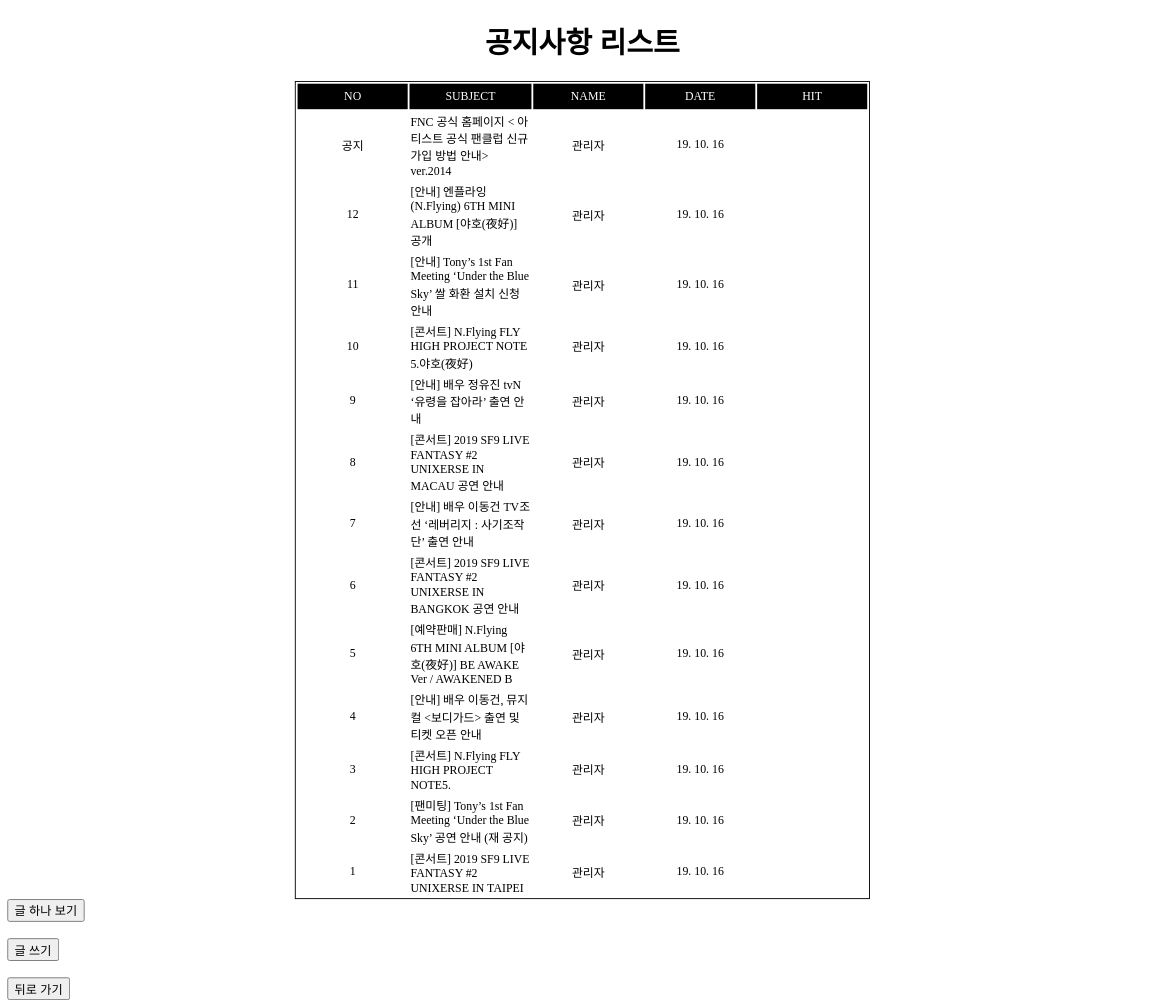
Repository: lbj0314/webTest
Page: Html_ex1/WebContent/notice/noticeList.html
An editor plug-in stored every save of this project. The page is shown before and after the next save, followed by the edit.
The browser window is 1280 px wide. The pictures show the whole page, at 91% of full size.

Above is the page before, as saved 2019-10-16 07:34:01.

### Html_ex1/WebContent/notice/noticeList.html
<!DOCTYPE html>
<html>
<head>
<meta charset="UTF-8">
<title>Insert title here</title>
<style type="text/css">
#h1{
text-align: center;
}
.t1{
	margin: 0 auto;
	border: 1px solid black;
	width: 50%;
}
td{
	width: 10%;
	height : 2em;
	text-align: center;
	font-size: small;
}
.td1{
	color: white;
	text-align: center;
}
#sub{
	width: 60%;
}
.td2{
	text-align: left;
	margin-left: 10px;
}
</style>
</head>
<body>
<h1 id="h1">공지사항 리스트</h1>
<table class="t1">
	<tr style="background-color: black;">
		<td class="td1">NO</td>
		<td class="td1">SUBJECT</td>
		<td class="td1">NAME</td>
		<td class="td1">DATE</td>
		<td class="td1">HIT</td>
	</tr>
	<tr>
		<td>공지</td>
		<td class="td2 sub">FNC 공식 홈페이지 < 아티스트 공식 팬클럽 신규 가입 방법 안내> ver.2014</td>
		<td>관리자</td>
		<td>19. 10. 16</td>
		<td></td>
	</tr>
	<tr>
		<td>12</td>
		<td class="td2">[안내] 엔플라잉(N.Flying) 6TH MINI ALBUM [야호(夜好)] 공개</td>
		<td>관리자</td>
		<td>19. 10. 16</td>
		<td></td>
	</tr>
	<tr>
		<td>11</td>
		<td class="td2">[안내] Tony’s 1st Fan Meeting ‘Under the Blue Sky’ 쌀 화환 설치 신청 안내</td>
		<td>관리자</td>
		<td>19. 10. 16</td>
		<td></td>
	</tr>
	<tr>
		<td>10</td>
		<td class="td2">[콘서트] N.Flying FLY HIGH PROJECT NOTE 5.야호(夜好)</td>
		<td>관리자</td>
		<td>19. 10. 16</td>
		<td></td>
	</tr>
	<tr>
		<td>9</td>
		<td class="td2">[안내] 배우 정유진 tvN ‘유령을 잡아라’ 출연 안내 </td>
		<td>관리자</td>
		<td>19. 10. 16</td>
		<td></td>
	</tr>
	<tr>
		<td>8</td>
		<td class="td2">[콘서트] 2019 SF9 LIVE FANTASY #2 UNIXERSE IN MACAU 공연 안내 </td>
		<td>관리자</td>
		<td>19. 10. 16</td>
		<td></td>
	</tr>
	<tr>
		<td>7</td>
		<td class="td2">[안내] 배우 이동건 TV조선 ‘레버리지 : 사기조작단’ 출연 안내</td>
		<td>관리자</td>
		<td>19. 10. 16</td>
		<td></td>
	</tr>
	<tr>
		<td>6</td>
		<td class="td2">	[콘서트] 2019 SF9 LIVE FANTASY #2 UNIXERSE IN BANGKOK 공연 안내</td>
		<td>관리자</td>
		<td>19. 10. 16</td>
		<td></td>
	</tr>
	<tr>
		<td>5</td>
		<td class="td2">	[예약판매] N.Flying 6TH MINI ALBUM [야호(夜好)] BE AWAKE Ver / AWAKENED B</td>
		<td>관리자</td>
		<td>19. 10. 16</td>
		<td></td>
	</tr>
	<tr>
		<td>4</td>
		<td class="td2">[안내] 배우 이동건, 뮤지컬 <보디가드> 출연 및 티켓 오픈 안내</td>
		<td>관리자</td>
		<td>19. 10. 16</td>
		<td></td>
	</tr>
	<tr>
		<td>3</td>
		<td class="td2">[콘서트] N.Flying FLY HIGH PROJECT NOTE5.</td>
		<td>관리자</td>
		<td>19. 10. 16</td>
		<td></td>
	</tr>
	<tr>
		<td>2</td>
		<td class="td2">[팬미팅] Tony’s 1st Fan Meeting ‘Under the Blue Sky’ 공연 안내 (재 공지)</td>
		<td>관리자</td>
		<td>19. 10. 16</td>
		<td></td>
	</tr>
	<tr>
		<td>1</td>
		<td class="td2">[콘서트] 2019 SF9 LIVE FANTASY #2 UNIXERSE IN TAIPEI</td>
		<td>관리자</td>
		<td>19. 10. 16</td>
		<td></td>
	</tr>

</table>
	<table>
		<form action="./noticeListOne.html" method="get">
		<input type="submit" value="글 하나 보기" name="noticeListOne">
		</form><br><br>
		<form action="./noticeWrite.html" method="get">
		<input type="submit" value="글 쓰기" name="noticeListOne">
		</form><br><br>
		<form action="../index.html" method="get">
		<input type="submit" value="뒤로 가기" name="noticeListback">
		</form>
	</table>
</body>
</html>

After the next save:
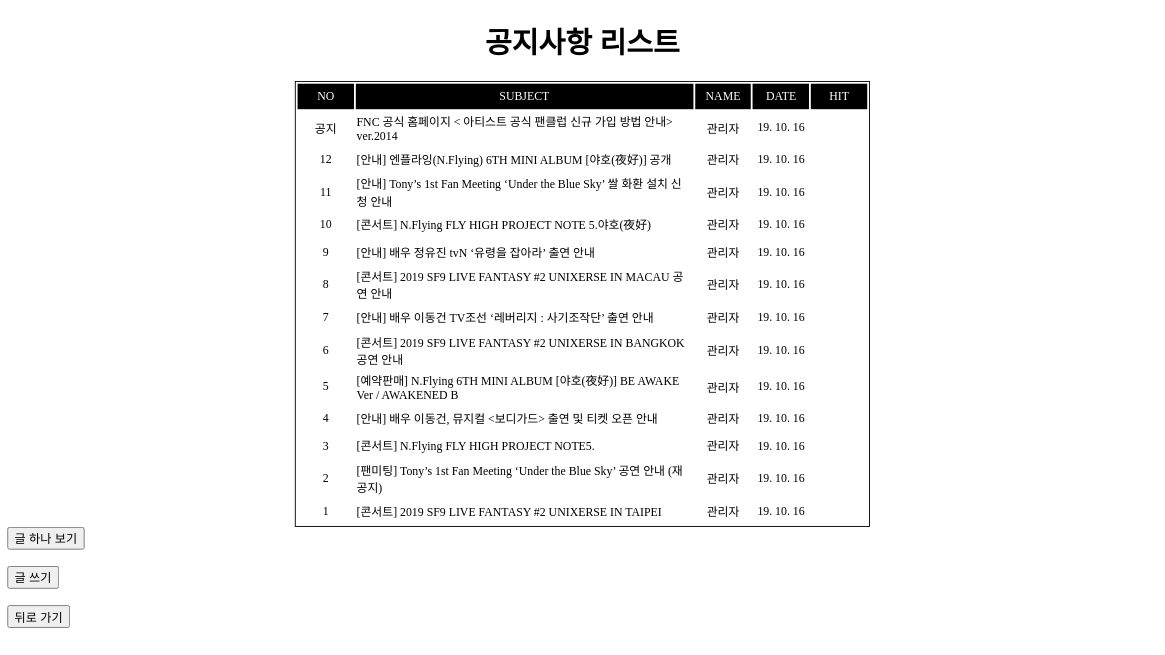
Saved 19 s later.
--- a/Html_ex1/WebContent/notice/noticeList.html
+++ b/Html_ex1/WebContent/notice/noticeList.html
@@ -43,7 +43,7 @@ td{
 	</tr>
 	<tr>
 		<td>공지</td>
-		<td class="td2 sub">FNC 공식 홈페이지 < 아티스트 공식 팬클럽 신규 가입 방법 안내> ver.2014</td>
+		<td class="td2" id="sub">FNC 공식 홈페이지 < 아티스트 공식 팬클럽 신규 가입 방법 안내> ver.2014</td>
 		<td>관리자</td>
 		<td>19. 10. 16</td>
 		<td></td>
